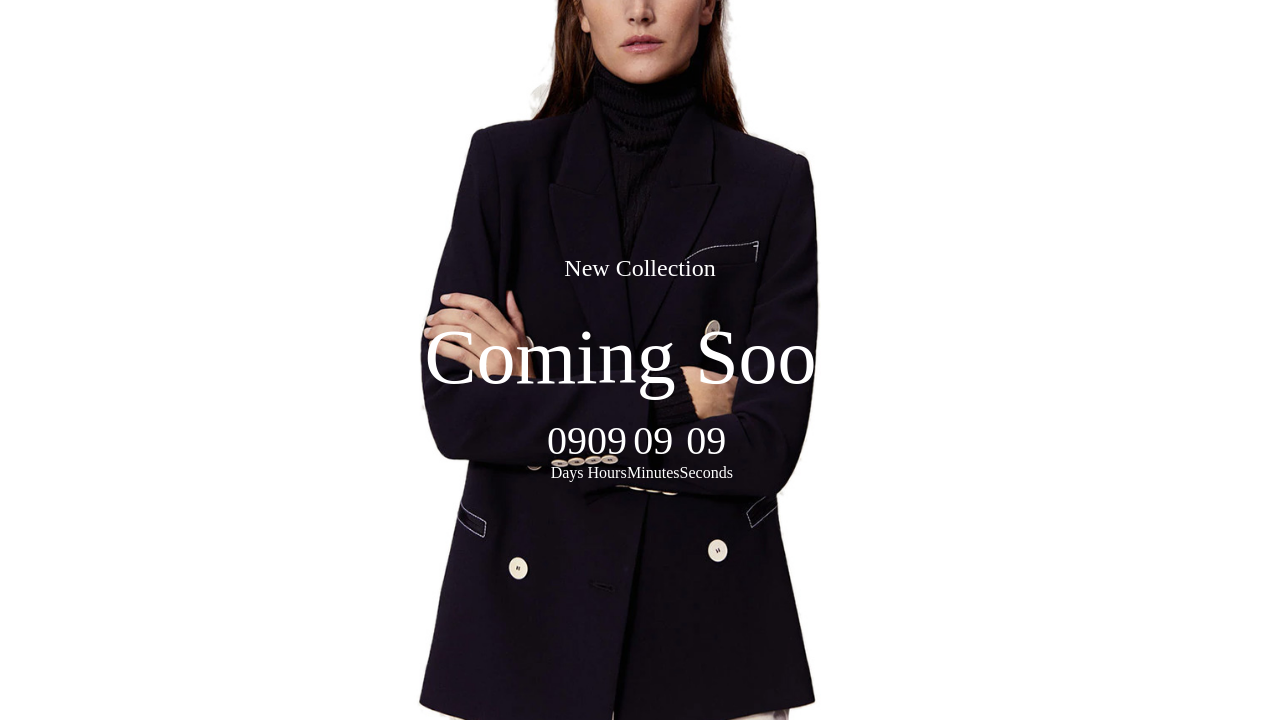
Repository: ST-United-Internship/Modaz-4life
Page: comingsoon&FAQ/coming-soon.html
The author's editor kept a copy of each file at every save. The page is drawn from the files as they stood at one save, then again after the next save.
The browser window is 1280 px wide. The pictures show the whole page.

Above is the page before, as saved 2023-03-21 14:49:16.

After the next save:
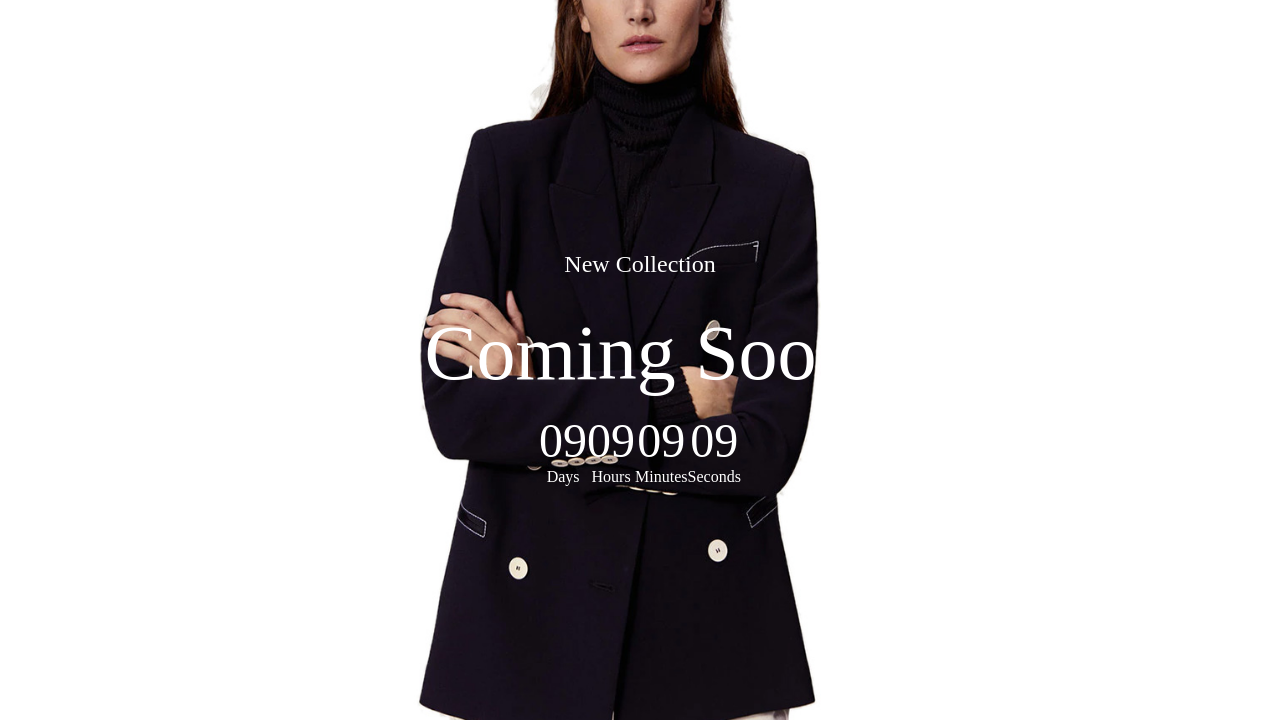
Saved 27 s later.
--- a/comingsoon&FAQ/css/layout.css
+++ b/comingsoon&FAQ/css/layout.css
@@ -86,7 +86,7 @@ body .container{
 }
 
 .time .number{
-    font-size: 40px;
+    font-size: 48px;
 }
 
 .time .number,.time .title-text{
